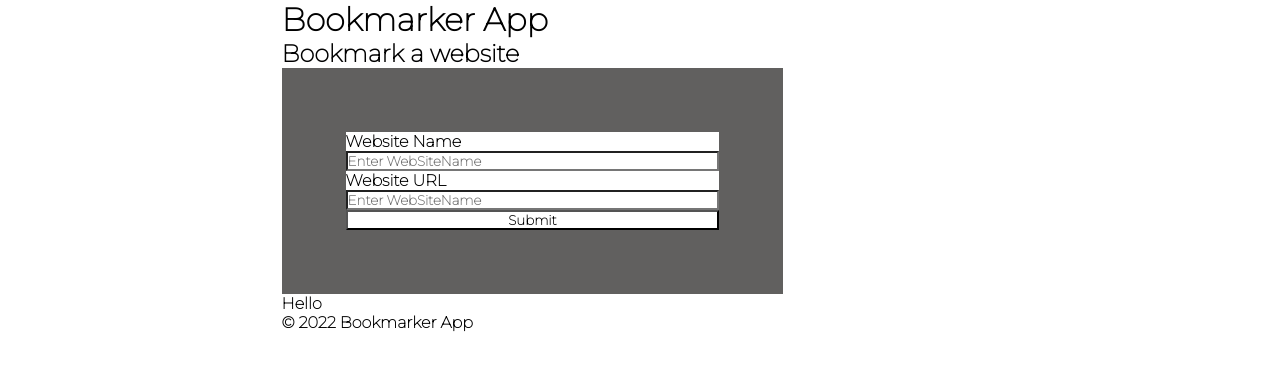
Repository: Suporl9/BookMarkerApp
Page: index.html
The author's editor kept a copy of each file at every save. The page is drawn from the files as they stood at one save, then again after the next save.
The browser window is 1280 px wide. The pictures show the whole page.

Above is the page before, as saved 2021-11-21 17:42:08.

### index.html
<!DOCTYPE html>
<html lang="en">
  <head>
    <meta charset="UTF-8" />
    <meta http-equiv="X-UA-Compatible" content="IE=edge" />
    <meta name="viewport" content="width=device-width, initial-scale=1.0" />
    <link rel="stylesheet" href="./style.css" />
    <title>Document</title>
  </head>
  <body>
    <div class="container">
      <div class="innerContainer">
        <div class="bookmarkerSection"><h1>Bookmarker App</h1></div>
        <div class="vh"></div>
        <div class="formInput">
          <form class="formSec">
            <h2>Bookmark a website</h2>
            <div class="sitesec">
              <label name="siteName">Website Name</label>
              <input
                type="text"
                name="sitename"
                placeholder="Enter WebSiteName"
              />
              <label name="siteName">Website URL</label>
              <input
                type="text"
                name="sitename"
                placeholder="Enter WebSiteName"
              />
              <button>Submit</button>
            </div>
          </form>
        </div>
        <div class="toBeAdded">Hello</div>
        <footer class="footer">
          <p>&copy; 2022 Bookmarker App</p>
        </footer>
      </div>
    </div>
  </body>
</html>

### style.css
@import url("https://fonts.googleapis.com/css2?family=Montserrat:wght@100&display=swap");

:root {
  --main-bg-color: rgb(255, 255, 255);
}
* {
  background-color: var(--main-bg-color);
  font-family: "Montserrat", sans-serif;
  box-sizing: border-box; /* includes padding in height and width(the box outside doesnot get bigger when adding padding and stuff)*/
  margin: 0;
  padding: 0;
  font-weight: bold;
  /* border: none; */
}
.container {
  margin: auto;
  width: 80%;
  display: flex;
  justify-content: center;
}
.innerContainer,
.formSec {
  display: flex;
  flex-direction: column;
  width: 70%;
}
.sitesec {
  display: flex;
  flex-direction: column;
  background-color: rgb(97, 96, 95);
  padding: 4rem;
}
/* .formSec,
.sitesec {
  display: flex;
  flex-direction: column;
} */
/* .sitesec {
  display: flex;
  flex-direction: column;
}
 */

After the next save:
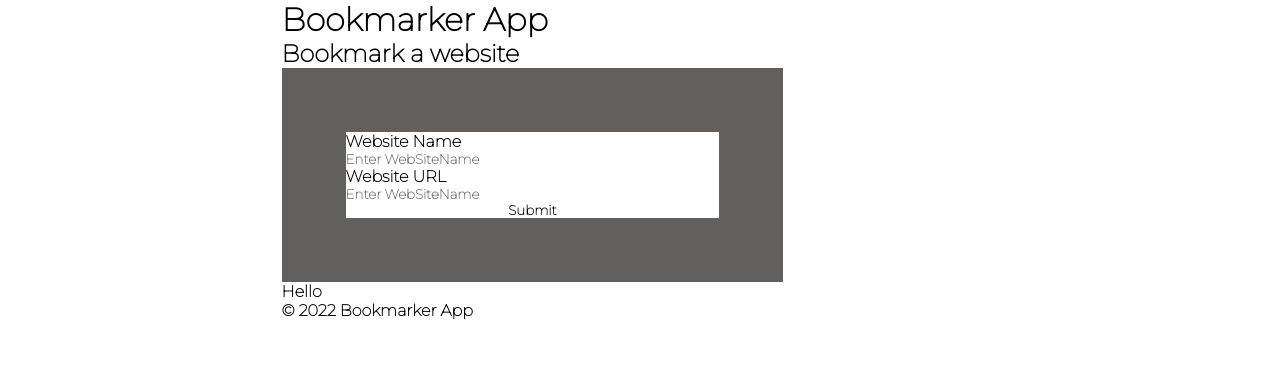
Saved 42 s later.
--- a/style.css
+++ b/style.css
@@ -10,7 +10,7 @@
   margin: 0;
   padding: 0;
   font-weight: bold;
-  /* border: none; */
+  border: none;
 }
 .container {
   margin: auto;

After the save that followed:
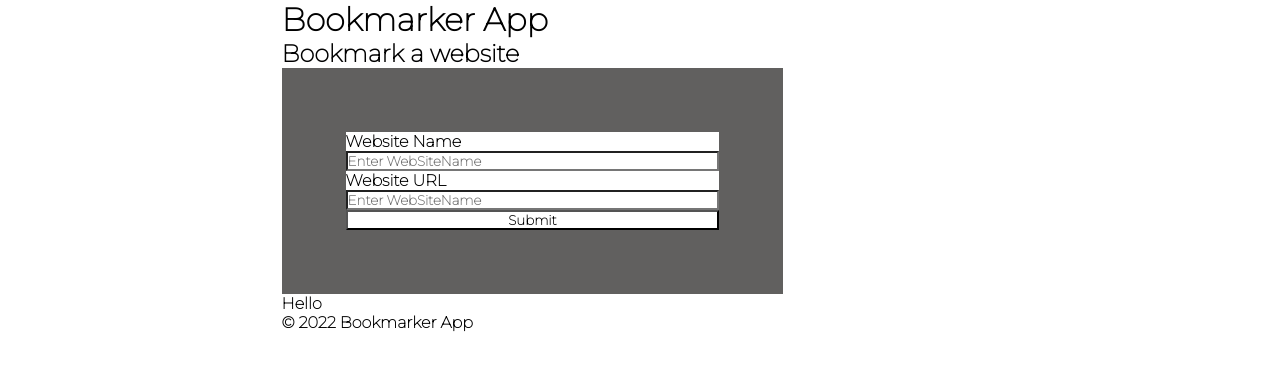
Saved 9 s later.
--- a/style.css
+++ b/style.css
@@ -10,7 +10,7 @@
   margin: 0;
   padding: 0;
   font-weight: bold;
-  border: none;
+  /* border: none; */
 }
 .container {
   margin: auto;
